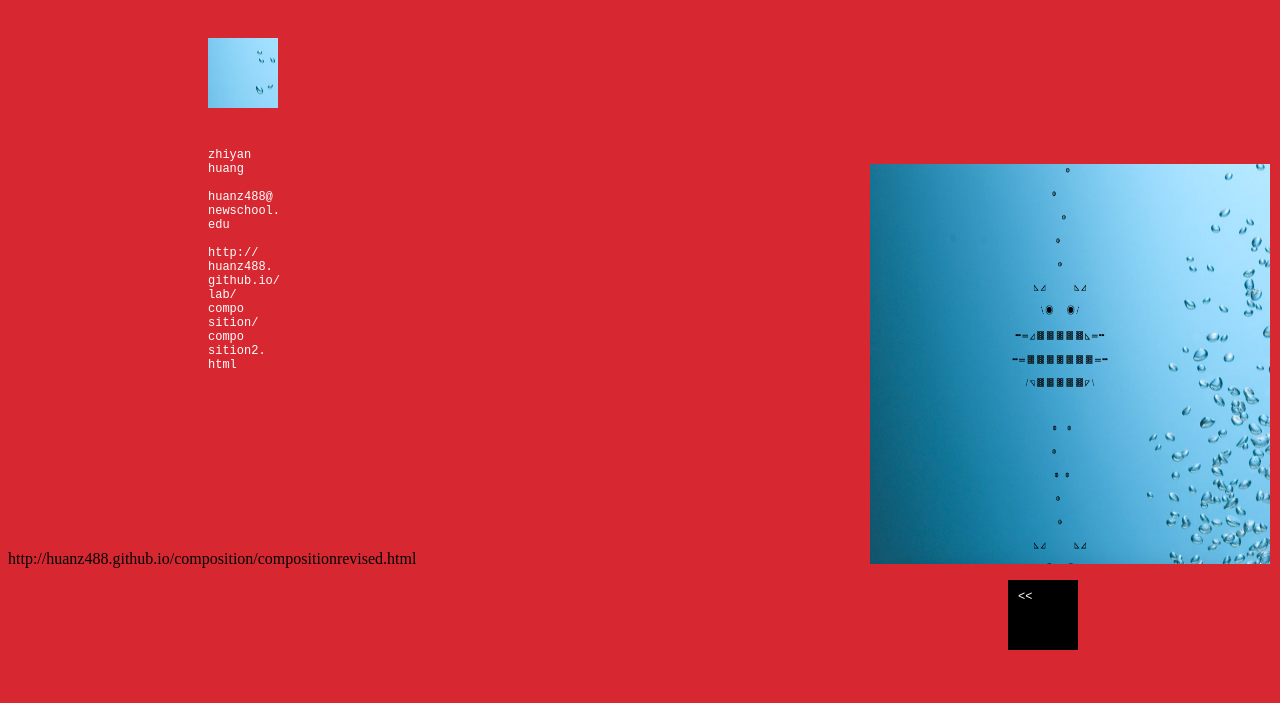
Repository: raghu225/raghu225.github.io
Page: archive/n_zhiyan.html
The author's editor kept a record of every edit. The page is drawn from the files as they stood at one moment, then again after the next edit.
The browser window is 1280 px wide. The pictures show the whole page.

Above is the page before.

### archive/n_zhiyan.html
<html>

    <head>
        <title>Zhiyan Huang</title>
        <link href="assets/css/style.css" rel="stylesheet" type="text/css" />
    </head>

    <body>

    <div class="wrapper">

        <img class="icon" src="assets/images/bluepic.png"/>
        <p class="text">
            zhiyan
            <br>
            huang
            <br>
            <br>
            huanz488@
            <br>
            newschool.
            <br>
            edu
            <br>
            <br>
            http://
            <br>
            huanz488.
            <br>
            github.io/
            <br>
            lab/
            <br>
            compo
            <br>
            sition/
            <br>
            compo
            <br>
            sition2.
            <br>
            html
        </p>

        http://huanz488.github.io/composition/compositionrevised.html


        <!--<div class="static-wrapper">-->
            <img class="static" src="assets/images/zhiyan.png"/>
        <!--</div>-->
        <a href="index.html"><div class="prev"><p><<</p></div></a>
    </body>

</html>

### archive/assets/css/style.css
body {
    background-color: #d72831;
}

.wrapper {
    /*width: 1000px;*/
    /*margin-top: 20px;*/
    /*margin-left: 300px;*/
    /*position: absolute;*/
    display: inline-block;
    width: 100%
}

.background {
    margin-left: 60px;
    margin-top: 30px;
    width: 70px;
    height: 70px;
    /*border: solid white;*/
    /*display: inline block;*/
    box-shadow: 1px 1px 12px #000000;
    transition: all .6s ease-in-out;
}

.vertical1 {
  position: absolute;
  margin-left: -342px;
  margin-top: -170px;
}

.vertical2 {
    position: absolute;
    margin-left: -342px;
    margin-top: -70px;
}

.vertical3 {
    position: absolute;
    margin-left: -342px;
    margin-top: 130px;
}


.background:hover {
    transform: scale(1.1);
}

.black {
    background-color: #000;
    /*display: inline-block;*/
    /*float: left;*/
}

.white {
    background-color: #fff;
    /*width: 90px;*/
    /*height: 90px;*/
    /*float: right;*/
    display: inline-block;
}

.grey:hover {
    background-color: black;
}

.text {
    font-family: 'courier new', courier;
    color: white;
    font-size: 12px;
    font-weight: lighter;
    width: 70px;
    margin-left: 200px;
    margin-top: 30px;
}

.icon {
    margin-left: 200px;
    margin-top: 30px;
    width: 70px;
    height: 70px;
}

.prev {
    background-color: black;
    width: 70px;
    height: 70px;
    /*margin-right: 0px;*/
    margin-top: 10px;
    margin-left: 1000px;
    text-decoration: none;
    color: white;
}

.left {
    float: left;
}

.static {
    /*position: absolute;*/
    width: 400px;
    height: 400px;
    margin-top: -220px;
    margin-left: 450px;
}

.static-wrapper {
    width: 100%;
}

p {
    margin-left: 10px;
    padding-top: 10px;
    font-family: 'courier new', courier;
    color: white;
    font-size: 12px;
    font-weight: lighter;
    /*position: relative;*/
}

a {
    text-decoration: none;
    color: white;
}

After the next edit:
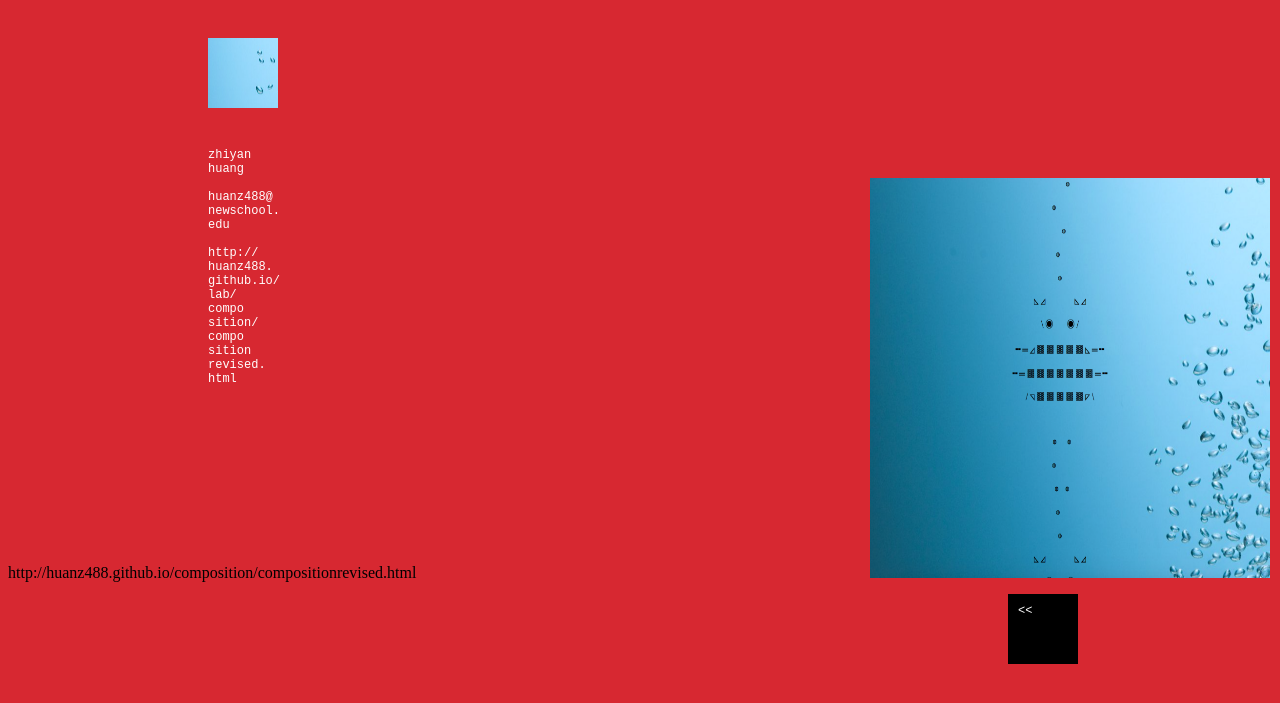
The edit:
--- a/archive/n_zhiyan.html
+++ b/archive/n_zhiyan.html
@@ -37,7 +37,9 @@
             <br>
             compo
             <br>
-            sition2.
+            sition
+            <br>
+            revised.
             <br>
             html
         </p>
